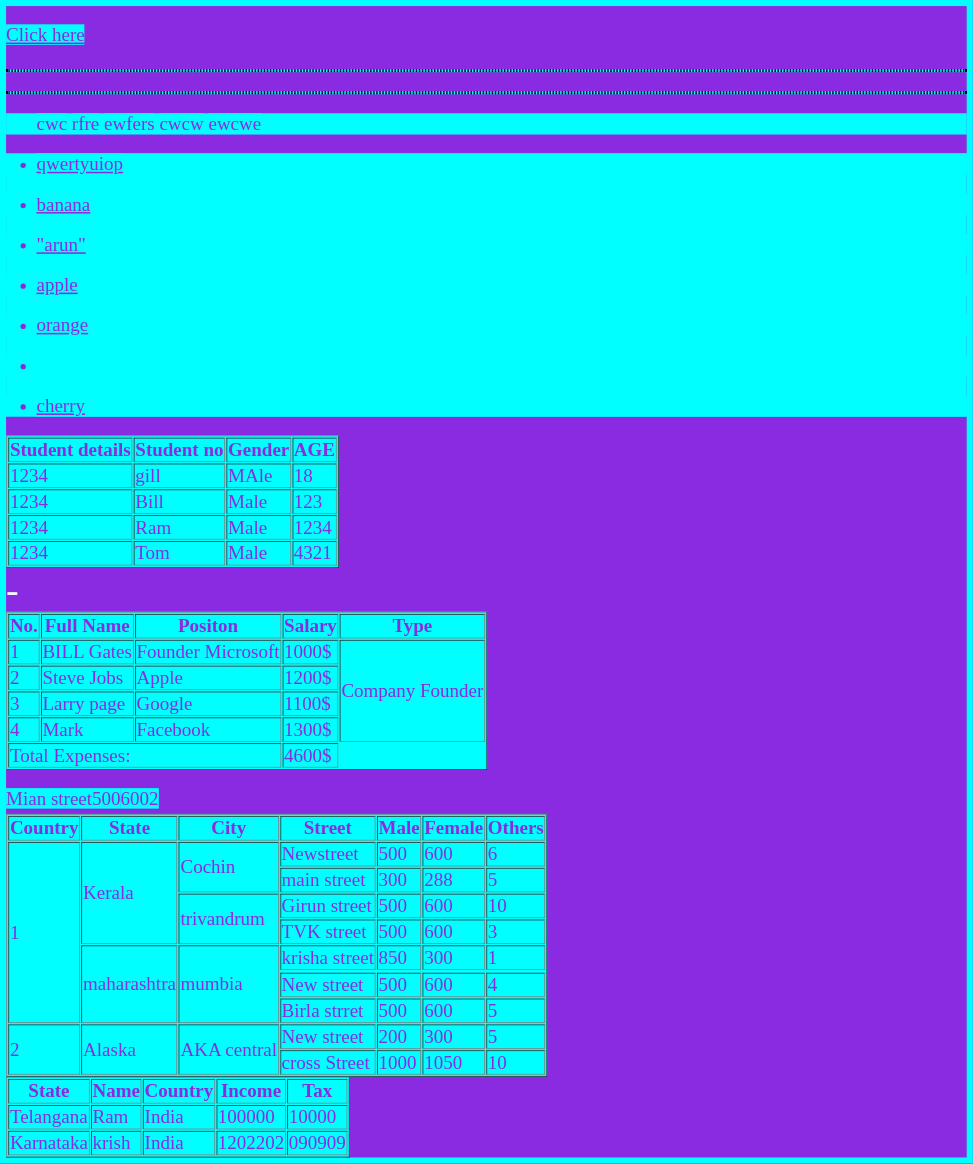
Repository: ARUN-YERRAM/HTMLLEARNING
Page: index.html
An editor plug-in stored every save of this project. The page is shown before and after the next save, followed by the edit.
The browser window is 1280 px wide. The pictures show the whole page, at 76% of full size.

Above is the page before, as saved 2023-12-25 16:05:46.

### index.html
<!DOCTYPE html>
<html lang="en">
<head>
    <meta charset="UTF-8">
    <meta http-equiv="X-UA-Compatible" content="IE=edge">
    <meta name="viewport" content="width=device-width, initial-scale=1.0">
    <link rel="stylesheet" href="style.css">
    <title>Document</title>
</head>
<body>

    <a href="http://127.0.0.1:3000/index.html">Click here</a>

    <p><a href=""></a></p>
    <article></article>
    <section>  </section>

    <p id="para1"></p>
    <article id="article1"></article>
    <section id="section1"></section>
    <section class="dog"></section>
    <article class="para1"></article>










    <ul>
        <il>cwc</il>
        <il>rfre</il>
        <il>ewfers</il>
        <il>cwcw</il>
        <il>ewcwe</il>
    </ul>


    <nav>
        <ul>
            <li><a href="dfgs">qwertyuiop</a></li>
        </ul>
        <ul>
            <li><a href="ajdg">banana</a></li>
        </ul>
        <ul>
            <li><a href="vdsb">"arun" </a></li>
        </ul>
        <ul>
            <li><a href="ajrg">apple</a></li>
        </ul>
        <ul>
            <li><a href="ndjr">orange</a></li>
        </ul>
        <ul>
            <li><a href="a4hd"pine></a></li>
        </ul>
        <ul>
            <li><a href="46eh">cherry</a></li>
        </ul>
    </nav>


<table  border="1">

    <thead>
        <th>Student details</th>
        <th>Student no</th>
        <th>Gender</th>
        <th>AGE</th>
    </thead>

    <tbody>
        <tr>
            <td>1234</td>
            <td>gill</td>
            <td>MAle</td>
            <td>18</td>
        </tr>
    </tbody>

    <tbody>
        <tr>
            <td>1234</td>
            <td>Bill</td>
            <td>Male</td>
            <td>123</td>
        </tr>
    </tbody>

    <tbody>
        <tr>
            <td>1234</td>
            <td>Ram</td>
            <td>Male</td>
            <td>1234</td>
        </tr>
    </tbody>

    <tbody>
        <tr>
            <td>1234</td>
            <td>Tom</td>
            <td>Male</td>
            <td>4321</td>
        </tr>
    </tbody>

</table> -



    <table border="1">
        <head>
            <th>No.</th>
            <th>Full Name</th>
            <th>Positon</th>
            <th>Salary</th>
            <th>Type</th>
        </head>

        <tbody>
            <tr>
                <td>1</td>
                <td>BILL Gates</td>
                <td>Founder Microsoft</td>
                <td>1000$</td>
                <td rowspan="4">Company Founder</td>
            </tr>

            <tr>
                <td>2</td>
                <td>Steve Jobs</td>
                <td>Apple</td>
                <td>1200$</td>
            </tr>
            <tr>
                <td>3</td>
                <td>Larry page</td>
                <td>Google</td>
                <td>1100$</td>
            </tr>
            <tr>
                <td>4</td>
                <td>Mark</td>
                <td>Facebook</td>
                <td>1300$</td>

            </tr>
        </tbody>

        <tfoot>
            <tr>
                <td colspan="3">Total Expenses:</td>
                <td>4600$</td>
            </tr>
        </tfoot>
    </table>


    <table border="1">
        <thead>
            <th>Country</th>
            <th>State</th>
            <th>City</th>
            <th>Street</th>
            <th>Male</th>
            <th>Female</th>
            <th>Others</th>
        </thead>

        <tbody>
            <tr>
                <td rowspan="8">1</td>
                <td rowspan="4">Kerala</td>
                <td rowspan="2">Cochin</td>
                <td>Newstreet</td>
                <td>500</td>
                <td>600</td>
                <td>6</td>
            </tr>

            <tr>
                <td>main street</td>
                <td>300</td>
                <td>288</td>
                <td>5</td>
            </tr>

            <tr>
                <td rowspan="2">trivandrum</td>
                <td>Girun street</td>
                <td>500</td>
                <td>600</td>
                <td>10</td>
            </tr>
            <tr>
                <td>TVK street</td>
                <td>500</td>
                <td>600</td>
                <td>3</td>
            </tr>

            <tr>
                <td rowspan="4">maharashtra</td>
                <td rowspan="4">mumbia</td>
                <td>krisha street</td>
                <td>850</td>
                <td>300</td>
                <td>1</td>
            </tr>

            <tr>
                <t>Mian street</t>
                <t>500</t>
                <t>600</t>
                <t>2</t>
            </tr>

            <tr>
                <!-- <t rowspan="2">Surat</td> -->
                <td>New street</td>
                <td>500</td>
                <td>600</td>
                <td>4</td>
            </tr>

            <tr>
                <td>Birla strret</td>
                <td>500</td>
                <td>600</td>
                <td>5</td>
            </tr>

            <tr>
            <td rowspan="2">2</td>
            <td rowspan="2">Alaska</td>
            <td rowspan="2">AKA central</td>
            <td>New street</td>
            <td>200</td>
            <td>300</td>
            <td>5</td>
            </tr>

            <tr>
                <td>cross Street</td>
                <td>1000</td>
                <td>1050</td>
                <td>10</td>
            </tr>
        </tbody>

    </table>



    <table border="1">
        <thead>
            <th>State</th>
            <th>Name</th>
            <th>Country</th>
            <th>Income</th>
            <th>Tax</th>
        </thead>

        <tbody>
            <tr>
                <td>Telangana</td>
                <td>Ram</td>
                <td>India</td>
                <td>100000</td>
                <td>10000</td>
            </tr>

            <tr>
                <td>Karnataka</td>
                <td>krish</td>
                <td>India</td>
                <td>1202202</td>
                <td>090909</td>
            </tr>
        </tbody>
    </table>

### style.css
/*  EXTERNAL CSS */

body{
    color:#f0f8ff;
    background-color: #8a2be2;
    font-size:50px;
}


/*  Universal Selector  */

/* MARGIN: 0;*/
/* PADDING : 0 */

*{
    color:#8a2be2;
    background-color: aqua;
    font-size: 25px;
}


/* CLASS SELECTOR */

.one{
    color:blue;
    font-size:35px;
    background-color: #8a2be2;
}


/*  ID SELECTOR */

#two{
    background-color: blue;
    color:red;
}


/* PARAGRAPH SELECTOR */

p{
    color:burlywood;
}


/*  GROUP SELECTOR */
#one, ol{
    background-color: blue;
    color:red;
    font-size:25px;
}


.border{
    border: 8px solid black;
    font-size:25px;
    margin:100px;
    padding:100px;
}

h1{
    text-align:center;
    font-size:10px;
    color:#8a2be2;
    text-decoration: underline;
    font-family: 'Courier New', Courier, monospace;
}

p{
    font-size:25px;
    text-align:center;
    font-weight:bold;
    border: 2px dotted black;
}

p:hover{
    border: 7px solid red;
    background-color: yellow;
    color:red;
    font-size:16px;
    text-align:end;
}

.box1{
    background-color: red;
}

.box2{
    background-color: yellow;
}

/* div{
    display:inline-block;
    width:750x;
    padding:10px;
    margin:10px;
    font-size:30px;
} */

span{
    display:block;
}
.item{
    width:100px;
    height:100px;
}
.one{
    background-color: orange;
    border: 2px solid black;
}
.two{
    background-color: white;
    border: 2px solid black;
}
.three{
    background-color: green;
    border: 2px solid black;
}

.container{
    display:flex;
    height:100px;
    justify-content:center;
    flex-direction:row;
    align-items:center;
    border: 2px solid rgb(0, 0, 0);
    height : 500px;
    gap: 50px;
}

After the next save:
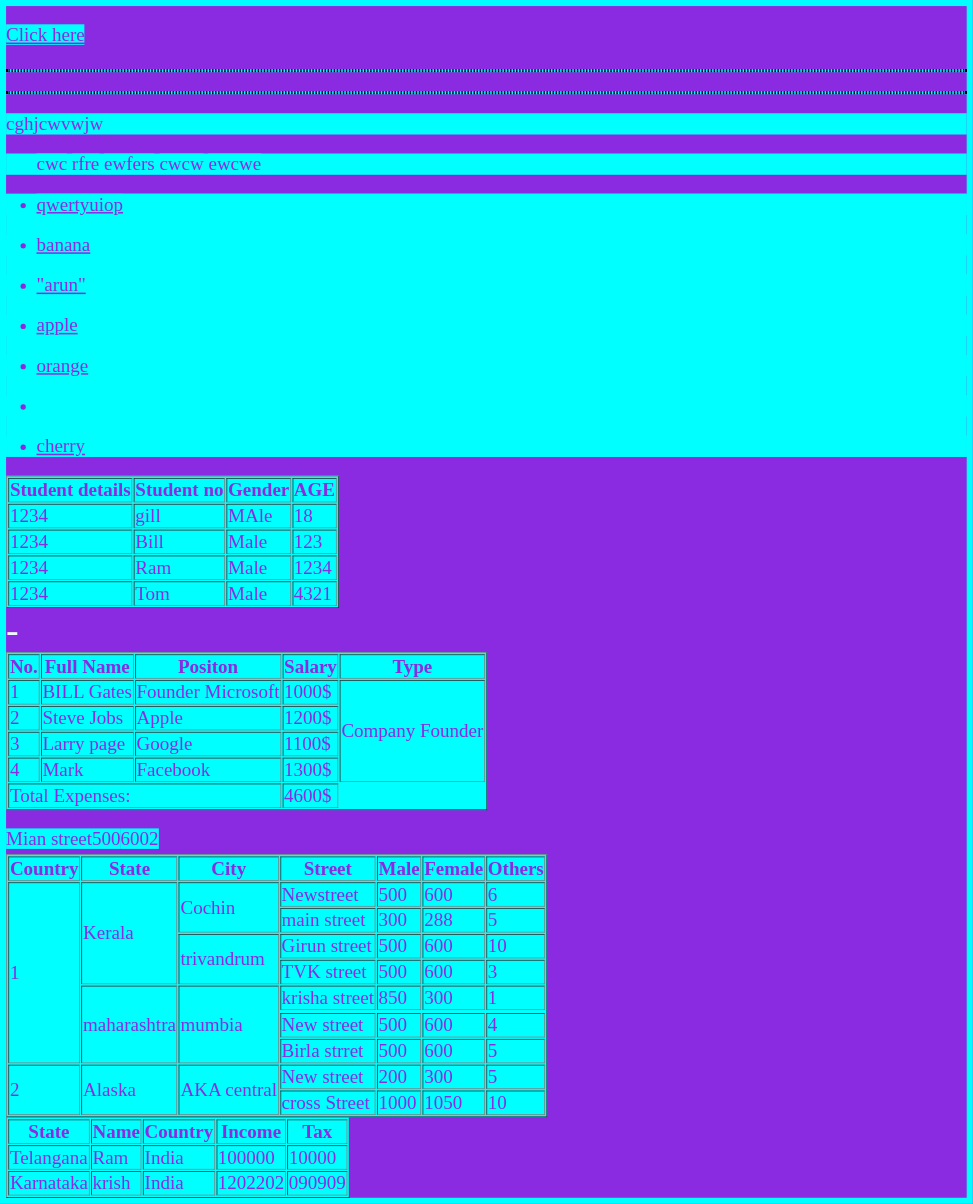
Saved 3 min 27 s later.
--- a/index.html
+++ b/index.html
@@ -16,7 +16,7 @@
     <section>  </section>
 
     <p id="para1"></p>
-    <article id="article1"></article>
+    <article id="article1">cghjcwvwjw</article>
     <section id="section1"></section>
     <section class="dog"></section>
     <article class="para1"></article>
